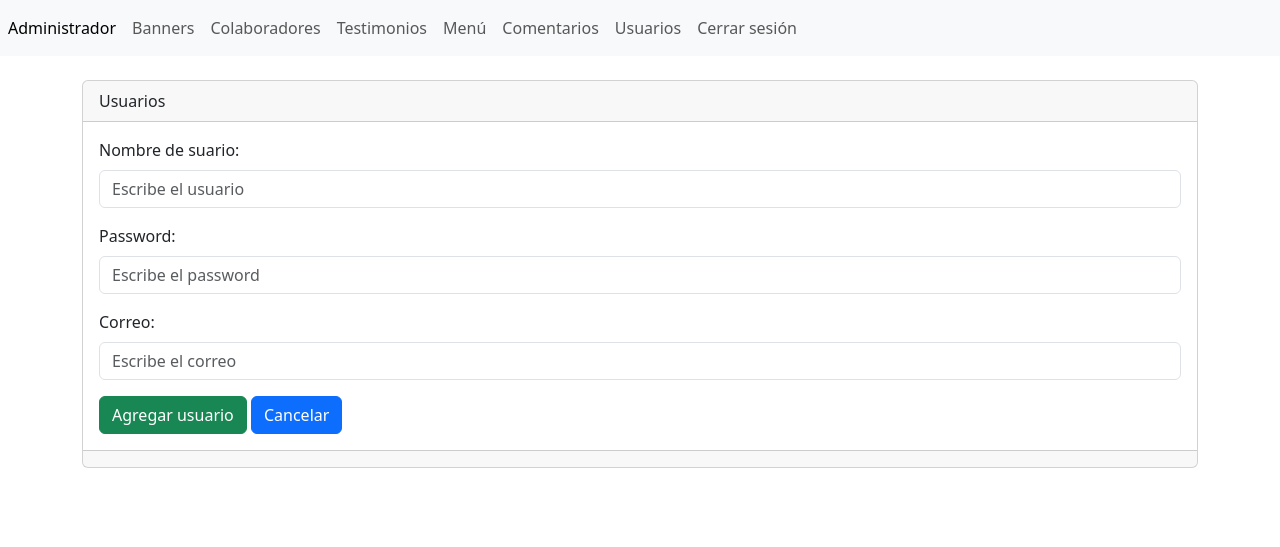
Repository: salextros/Restaurant-Project-PHP-MySQL
Page: http://localhost/TRABAJO_FINAL/restaurant/admin/seccion/usuarios/crear.php
These files come from the project's save history. The page is drawn as it stood at one moment and after the next save; the edit follows.
The browser window is 1280 px wide. The pictures show the whole page.
The page is run by PHP 8.4 with error messages shown; the project is at /var/www/html/.

Above is the page before, as saved 2026-02-03 20:02:39.

After the next save:
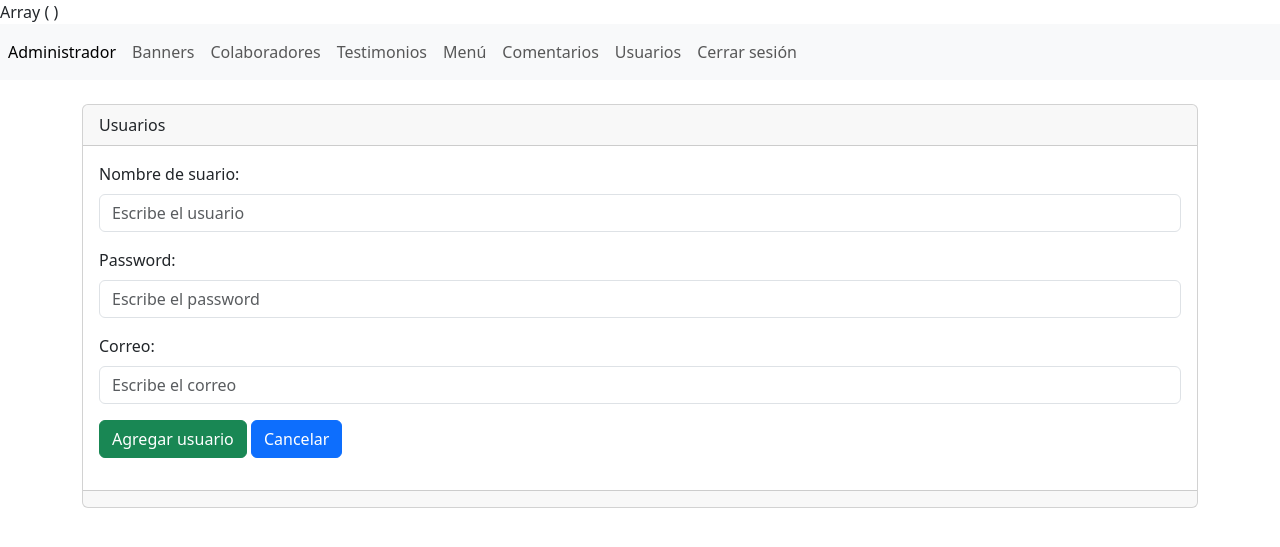
Saved 81 s later.
--- a/restaurant/admin/seccion/usuarios/crear.php
+++ b/restaurant/admin/seccion/usuarios/crear.php
@@ -1,5 +1,8 @@
 <?php
 include ("../../bd.php");
+
+print_r($_POST);
+
 include ("../../templates/header.php");
 ?>
 <br/>

After the 3 saves that followed:
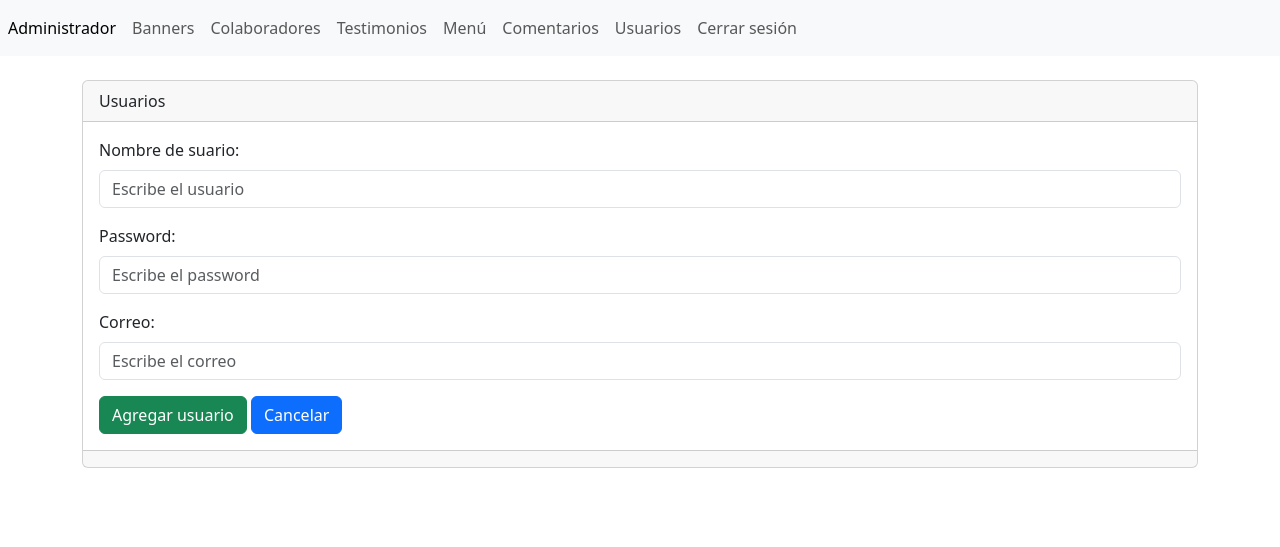
The 3 saves are shown as one change because 2 left the picture as it was.
The last was saved 4 min 46 s later.
--- a/restaurant/admin/seccion/usuarios/crear.php
+++ b/restaurant/admin/seccion/usuarios/crear.php
@@ -1,7 +1,29 @@
 <?php
 include ("../../bd.php");
 
-print_r($_POST);
+if($_POST){
+    //Recolectamos los datos del metodo POST
+    $usuario = (isset($_POST["usuario"])?$_POST["usuario"]:"");
+    $password = (isset($_POST["password"])?$_POST["password"]:"");
+
+    $password = md5($password);
+
+    $correo = (isset($_POST["correo"])?$_POST["correo"]:"");
+
+    //Preparar la insercion de los datos
+    $sentencia = $conexion->prepare("INSERT INTO `tbl_usuarios`
+    (`ID`, `usuario`, `password`, `correo`)
+    VALUES (NULL, :usuario, :password, :correo);");
+
+    //Asignando los valores que vienen del metodo POST
+    $sentencia->bindParam(":usuario",$usuario);
+    $sentencia->bindParam(":password",$password);
+    $sentencia->bindParam(":correo",$correo);
+    $sentencia->execute();
+
+    header("Location:index.php");
+}
+
 
 include ("../../templates/header.php");
 ?>
